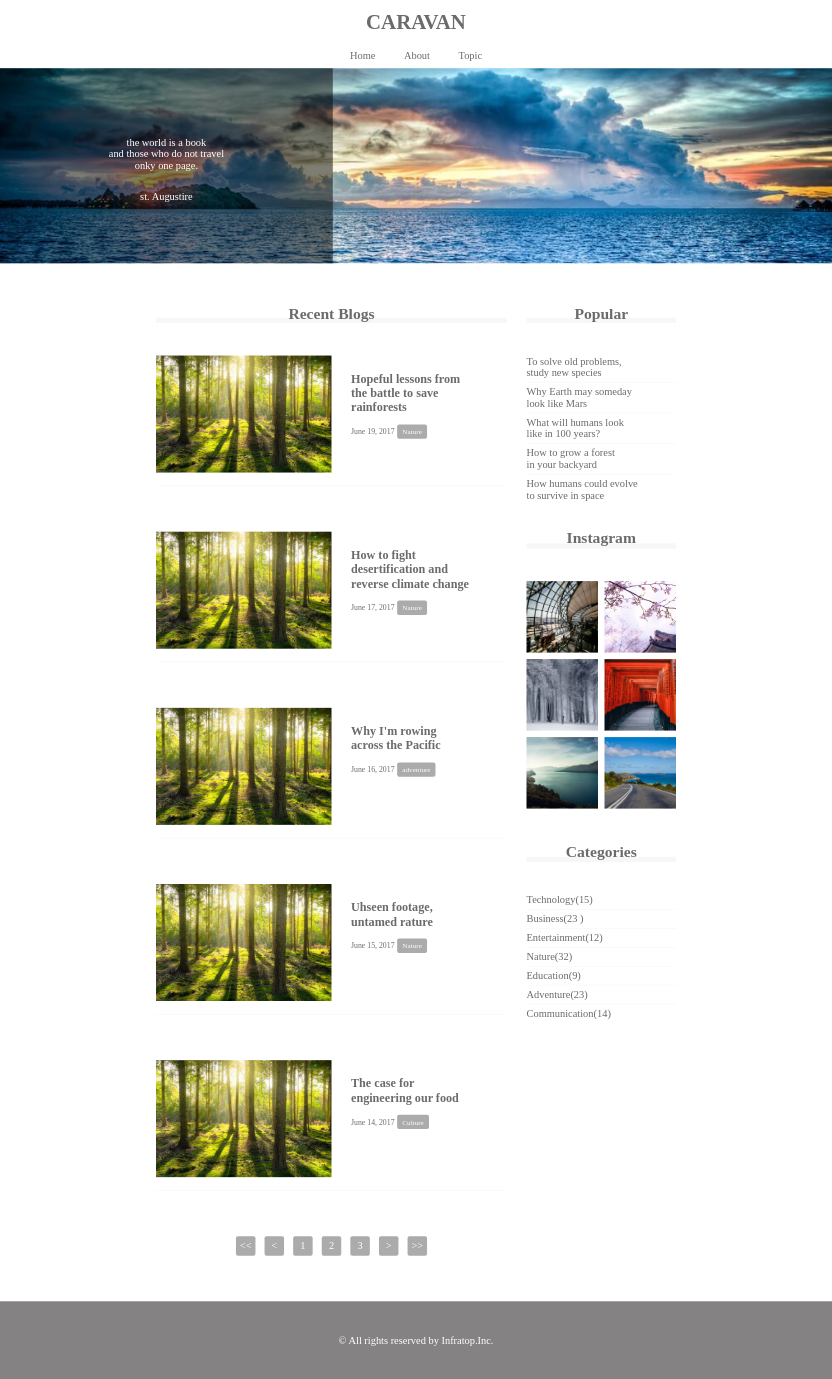
Repository: ishidaryu/ishidaryu
Page: caravan/index.html
The author's editor kept a record of every edit. The page is drawn from the files as they stood at one moment, then again after the next edit.
The browser window is 1280 px wide. The pictures show the whole page, at 65% of full size.

Above is the page before.

### caravan/index.html
<!DOCTYPE html>
<html lang="ja">

  <head>
      <meta charset="utf-8" />
      <link rel="stylesheet" href="style.css" />
      <title>CARAVAN</title>

  </head>

  <body>


    <header>
      <h1 class="heading">
        <a href="index.html">
        CARAVAN
        </a>
        </h1>
    </header>

    <nav>
      <ul class="nav-list">
        <li class="nav-list-item">
          <a href="index.html">Home</a>
        </li>
        <li class="nav-list-item">About</li>
        <li class="nav-list-item">Topic</li>
      </ul>
    </nav>

    <div class="main-visual">
        <div class="main-visual-content">
          <p class="main-visual-text">
            the world is a book<br />
            and those who do not travel<br />
            onky one page.
          </p>
          <p class="main-visual-name">
            st. Augustire
          </p>
        </div>
    </div>

    <main>
      <section class="blog">
        <h2 class="blog-heading">Recent Blogs</h2>
        <div class="blog-box"></div>
        <div class="blog-item">
          <img class="blog-image" src="img/forest.jpg" />
          <section class="blog-text">
            <h3 class="blog-text-heading">
              <a href="single.html">
                Hopeful lessons from<br />
                the battle to save<br />
                rainforests
              </a>
            </h3>
            <p class="blog-date">June 19, 2017</p>
            <span class="category">Nature</span>
          </section>
        </div>

         <div class="blog-box"></div>
        <div class="blog-item">
          <img class="blog-image" src="img/forest.jpg" />
          <section class="blog-text">
            <h3 class="blog-text-heading">
              <a href="single.html">
                How to fight<br />
                desertification  and<br />
                reverse climate change
              </a>
            </h3>
            <p class="blog-date">June 17, 2017</p>
            <span class="category">Nature</span>
          </section>
        </div>

         <div class="blog-box"></div>
        <div class="blog-item">
          <img class="blog-image" src="img/forest.jpg">
          <section class="blog-text">
            <h3 class="blog-text-heading">
              <a href="single.html">
                Why I'm rowing<br />

                across the Pacific
              </a>
            </h3>
            <p class="blog-date">June 16, 2017</p>
            <span class="category">adventure</span>
          </section>
        </div>

         <div class="blog-box"></div>
        <div class="blog-item">
          <img class="blog-image" src="img/forest.jpg">
          <section class="blog-text">
            <h3 class="blog-text-heading">
              <a href="single.html">
                Uhseen footage,<br />
                untamed rature
              </a>
            </h3>
            <p class="blog-date">June 15, 2017</p>
            <span class="category">Nature</span>
          </section>
        </div>

         <div class="blog-box"></div>
        <div class="blog-item">
          <img class="blog-image" src="img/forest.jpg">
          <section class="blog-text">
            <h3 class="blog-text-heading">
              <a href="single.html">
                The case for<br />
                engineering our food
              </a>
            </h3>
            <p class="blog-date">June 14, 2017</p>
            <span class="category">Culture</span>
          </section>
        </div>

        <div class="pagination">
          <p><<</p>
          <p><</p>
          <p>1</p>
          <p>2</p>
          <p>3</p>
          <p>></p>
          <p>>></p>
        </div>


        </section>

      <div class="sidebar">
        <section class="popular">
          <h2 class="popular-heading common-heading">Popular</h2>
          <div class="sidebar-contents">
            <p class="popular-text">To solve old problems,<br>study new species</p>
            <p class="popular-text">Why Earth may someday<br>look like Mars</p>
            <p class="popular-text">What will humans look<br>like in 100 years?</p>
            <p class="popular-text">How to grow a forest<br>in your backyard</p>
            <p class="popular-text">How humans could evolve<br>to survive in space</p>
          </div>
        </section>
        <section class="instagram">
          <h2 class="instagram-heading common-heading">Instagram</h2>
          <div class="sidebar-contents">
            <div class="instagram-box"></div>
            <div class="instagram-box"></div>
            <div class="instagram-box"></div>
            <div class="instagram-box"></div>
            <div class="instagram-box"></div>
            <div class="instagram-box"></div>
          </div>
        </section>

        <section class="categories">
          <h2 class="categories-heading common-heading">Categories</h2>
          <div class="sidebar-contents">
            <p class="categories-text">
              Technology(15)
              </p>
            <p class="categories-text">
              Business(23
              )</p>
            <p class="categories-text">
              Entertainment(12)
              </p>
            <p class="categories-text">
              Nature(32)</p>
            <p class="categories-text">
              Education(9)
              </p>
            <p class="categories-text">
              Adventure(23)
              </p>
            <p class="categories-text">
              Communication(14)
              </p>
          </div>
        </section>
      </div>

    </main>

    <footer>
      <p class="footer-text">© All rights reserved by Infratop.Inc.</p>
    </footer>

  </body>
</html>

### caravan/style.css
* {
  margin: 0;
  padding: 0;
  box-sizing: border-box;
  color: #6c6b6b;
}

a {
  text-decoration: none;
}

header {
  width: 90%;
  padding: 15px 0;
  margin: 0 auto;
  text-align: center;
}

header .heading {
  font-size: 32px;
}

.nav-list {
  text-align: center;
  padding: 10px 0;
  margin: 0 auto;
}

.nav-list-item {
  list-style: none;
  display: inline-block;
  margin: 0 20px;
}

.main-visual {
  width: 100%;
  height: 300px;
  background-image: url(img/mv.jpg);
  background-size: cover;
  background-position:center;
}

.main-visual-content {
  width: 40%;
  height: 300px;
  background-color: rgba(0, 0, 0, 0.5);
  text-align: center;
  padding-top: 105px;
}

.main-visual-text {
  color: #fff;
}

.main-visual-name {
  margin-top:30px;
  color:#fff;
}

main {
  width:800px;
  display: flex;
  justify-content: center;
  margin: 0 auto;
  padding: 70px 0;
}

.blog {
 width:540px;
 margin-right: 30px;
}

.blog-heading {
  border-bottom: 8px solid #f7f7f7;
  text-align:center;
  line-height: 0.6;
}

.blog-box {
  padding-top: 50px;
}

.blog-item {
  padding-bottom:20px;
  margin-bottom:20px;
  border-bottom:1px solid #f7f7f7;
  display: flex;
  justify-content: flex-start;
}

.blog-image {
  height:180px;
}

.blog-text {
  padding:25px 0 0 30px;
}

.blog-text-heading {
  padding-bottom: 15px;
}

.blog-date {
  font-size: 12px;
  display: inline-block;
}
.category {
  display: inline-block;
  padding: 5px 8px;
  background-color: #acabab;
  border-radius: 3px;
  color: #fff;
  font-size: 11px;
}

.pagination {
  text-align: center;
  padding-top: 50px;
}

.pagination p {
  display: inline-block;
  width:30px;
  height: 30px;
  margin: 0 5px;
  color: #fff;
  background-color: #acabab;
  border-radius: 3px;
  line-height:30px;
}
.sidebar {
 width:230px;
}

.common-heading {
  border-bottom: 8px solid #f7f7f7;
  text-align: center;
  line-height: 0.6;
}

.sidebar-contents {
  padding: 50px 0;
}

.popular-text,
.categories-text {
  padding-bottom: 5px;
  border-bottom: 1px solid #f7f7f7;
  margin-bottom: 5px;
}

.popular-text:last-child,
.categories-text:last-child {
  margin: 0;
  padding: 0;
  border: none;
}

.instagram .sidebar-contents {
  display: flex;
  flex-wrap: wrap;
}

.instagram-box {
  width: 110px;
  padding-top: 110px;
  background-size: cover;
  background-position: center;
  margin-bottom: 10px;
}

.instagram-box:nth-child(odd) {
  margin: 0 10px 10px 0;
}

.instagram-box:nth-child(1) {
  background-image: url(img/airport.jpg);
}

.instagram-box:nth-child(2) {
  background-image: url(img/japan.jpg);
}

.instagram-box:nth-child(3) {
  background-image: url(img/snow.jpg);
}

.instagram-box:nth-child(4) {
  background-image: url(img/japan2.jpg);
}

.instagram-box:nth-child(5) {
  background-image: url(img/lake.jpg);
}

.instagram-box:nth-child(6) {
  background-image: url(img/road.jpg);
}

footer {
  width: 100%;
  height: 120px;
  text-align: center;
  line-height: 120px;
  background-color: #848282;
}

.footer-text {
  color: #fff;
}

After the next edit:
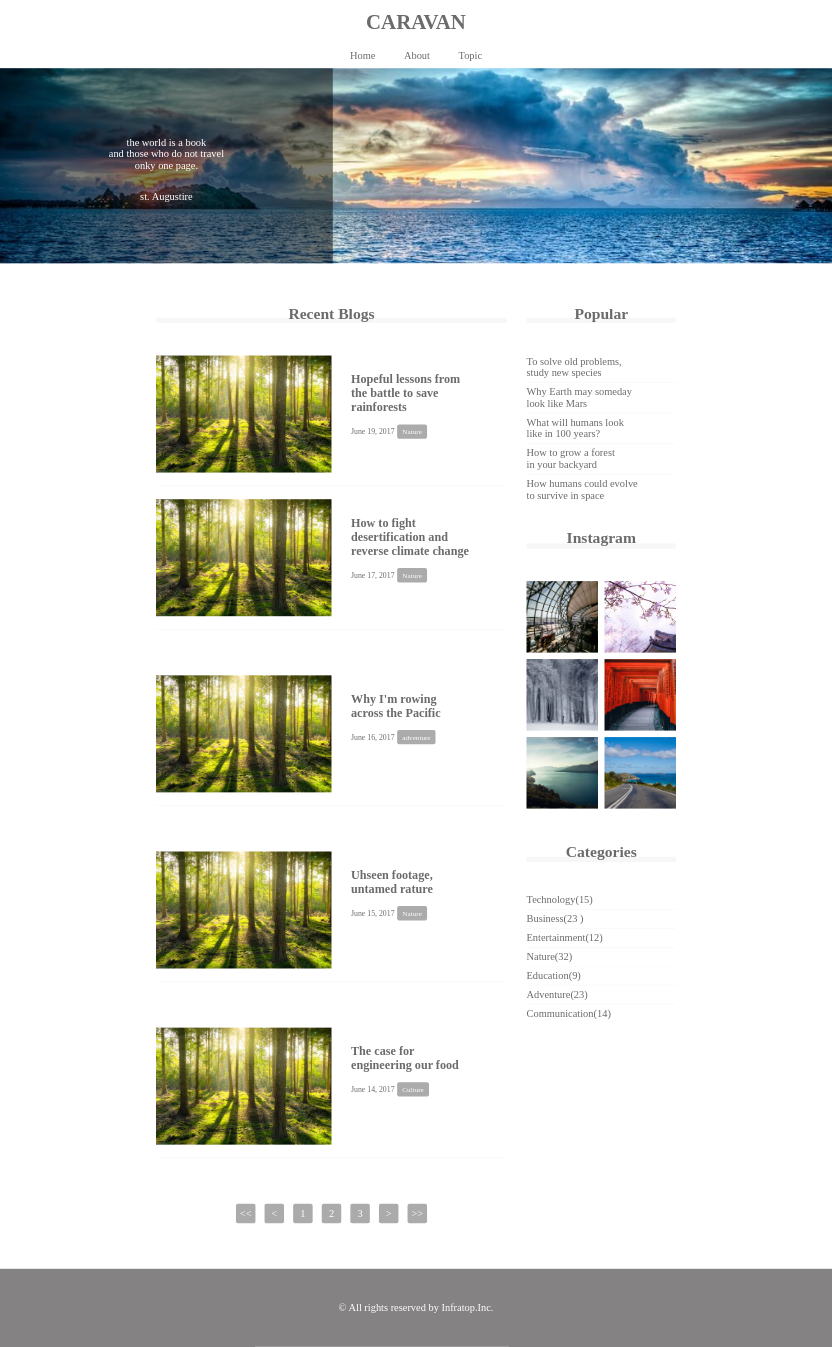
The edit:
--- a/caravan/index.html
+++ b/caravan/index.html
@@ -61,7 +61,7 @@
           </section>
         </div>
 
-         <div class="blog-box"></div>
+
         <div class="blog-item">
           <img class="blog-image" src="img/forest.jpg" />
           <section class="blog-text">
